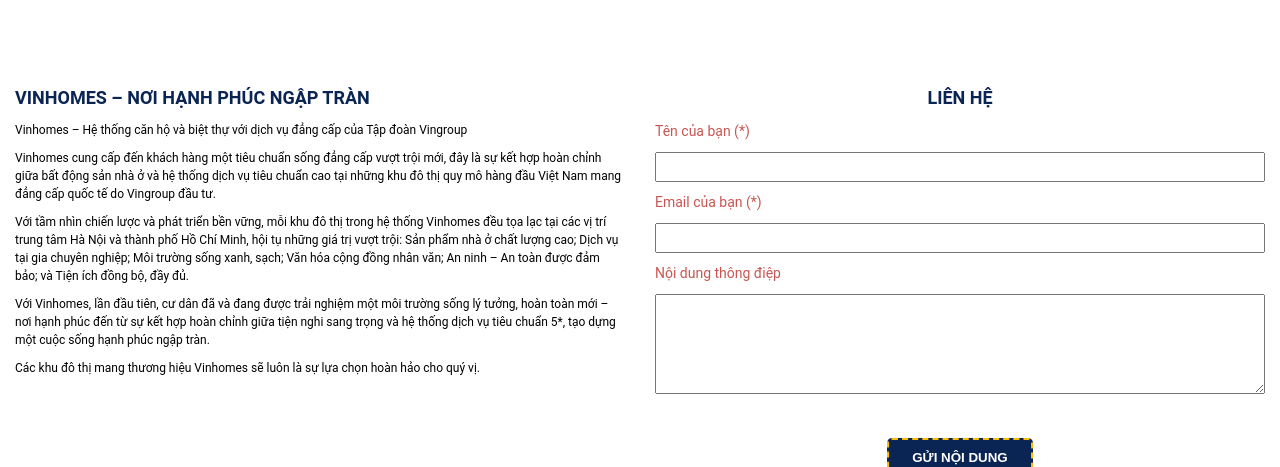
Repository: phamphuc2/fontend-bds
Page: contact.html
These files come from the project's save history. The page is drawn as it stood at one moment and after the next save; the edit follows.
The browser window is 1280 px wide. The pictures show the part of the page from y = 638 to 1105 px (the page is 1650 px tall before and 1560 px after).
Pictures or frames that could not be fetched are drawn as grey boxes. Some web libraries are served in a nearby version.

Above is the page before, as saved 2022-06-23 16:44:38.

### contact.html
<!DOCTYPE html>
<html lang="en">

<head>
    <meta charset="UTF-8">
    <meta http-equiv="X-UA-Compatible" content="IE=edge">
    <meta name="viewport" content="width=device-width, initial-scale=1.0">
    <title>BDS</title>
    <!-- linl css -->
    <link rel="stylesheet" href="libs/slick/slick.css">
    <link rel="stylesheet" href="libs/slick/slick-theme.css">
    <link rel="stylesheet" href="./assets/css/bootstrap.css">
    <link rel="stylesheet" href="./assets/css/theme.css">
    <link rel="stylesheet" href="./assets/css/resposive.css">
    <link rel="stylesheet " href="./style.css ">
    <!-- link thư viện -->
    <link rel="stylesheet " href="https://cdnjs.cloudflare.com/ajax/libs/font-awesome/6.1.1/css/all.min.css ">
    <!-- link font -->
    <link rel="preconnect" href="https://fonts.googleapis.com">
    <link rel="preconnect" href="https://fonts.gstatic.com" crossorigin>
    <link
        href="https://fonts.googleapis.com/css2?family=Roboto+Flex:opsz,wght@8..144,200;8..144,300;8..144,400;8..144,500;8..144,600;8..144,700;8..144,800;8..144,900&display=swap"
        rel="stylesheet">
</head>

<body>
    <!-- Header -->
    <header class="header">
        <div class="header-top">
            <div class="container">
                <div class="inner">
                    <div class="box-left">
                        <div class="map">
                            <i class="fa-solid fa-location-dot"></i>
                            <span>Phước sơn, Quảng Nam</span>
                        </div>
                        <div class="phone">
                            <i class="fa-solid fa-phone"></i>
                            <span>0397111570</span>
                        </div>
                    </div>
                    <div class="box-right">
                        <ul class="list-info">
                            <li class="item">
                                <a href="">
                                    <i class="fa-brands fa-facebook-f"></i>
                                </a>
                            </li>
                            <li class="item">
                                <a href="">
                                    <i class="fa-brands fa-instagram"></i>
                                </a>
                            </li>
                            <li class="item">
                                <a href="">
                                    <i class="fa-brands fa-twitter"></i>
                                </a>
                            </li>
                        </ul>
                    </div>
                </div>
            </div>
        </div>

        <div class="header-bottom">
            <div class="container">
                <div class="inner">
                    <div class="header-bottom-left">
                        <a href="#">
                            <div class="logo">
                                <img src="./assets/images/logo.png" alt="">
                            </div>
                        </a>
                    </div>
                    <div class="header-bottom-right">
                        <ul class="menu">
                            <li>
                                <a href="./index.html">Trang chủ</a>
                            </li>
                            <li>
                                <a href="./about.html">Giới Thiệu</a>
                            </li>
                            <li>
                                <a href="./taxonomy.html">Dự Án</a>
                            </li>
                            <li>
                                <a href="./taxonomy.html">Tin Tức</a>
                            </li>
                            <li>
                                <a href="./blogs.html">Tuyển Dụng</a>
                            </li>
                            <li>
                                <a href="./contact.html">Liên hệ</a>
                            </li>
                        </ul>
                        <div class="wrapper btn-project">
                            <a class="modal-toggle">ĐĂNG KÝ DỰ ÁN</a>
                        </div>
                        <div class="modal">
                            <div class="modal-overlay modal-toggle"></div>
                            <div class="modal-wrapper modal-transition">
                                <div class="modal-header inner-top">
                                    <button class="modal-close modal-toggle ">x</button>
                                    <h2 class="title">LIÊN HỆ</h2>
                                    <div class="is-drive"></div>
                                </div>
                                <div class="modal-body">
                                    <div class="form-contact-home">
                                        <div role="form" class="wpcf7" id="wpcf7-f80-o1" lang="en-US" dir="ltr">
                                            <form action="" class="wpcf7-form init">
                                                <span class="wpcf7-form-control-wrap your-name"><input type="text"
                                                        name="your-name" value="" size="40"
                                                        class="wpcf7-form-control wpcf7-text wpcf7-validates-as-required"
                                                        aria-required="true" aria-invalid="false"
                                                        placeholder="Tên của bạn"></span>
                                                <span class="wpcf7-form-control-wrap your-name"><input type="text"
                                                        name="your-name" value="" size="40"
                                                        class="wpcf7-form-control wpcf7-text wpcf7-validates-as-required"
                                                        aria-required="true" aria-invalid="false"
                                                        placeholder="Địa chỉ email của bạn"></span>
                                                <span class="wpcf7-form-control-wrap your-name"><input type="text"
                                                        name="your-name" value="" size="40"
                                                        class="wpcf7-form-control wpcf7-text wpcf7-validates-as-required"
                                                        aria-required="true" aria-invalid="false"
                                                        placeholder="Số điện thoại của bạn"></span>
                                                <span class="wpcf7-form-control-wrap your-title"><textarea
                                                        name="your-title" cols="40" rows="10"
                                                        class="wpcf7-form-control wpcf7-textarea wpcf7-validates-as-required"
                                                        aria-required="true" aria-invalid="false"
                                                        placeholder="Nội dung yêu cầu dự án..."></textarea></span>
                                                <div class="btn-submit">
                                                    <input type="submit" value="Gửi yêu cầu"
                                                        class="wpcf7-form-control has-spinner wpcf7-submit"><span
                                                        class="wpcf7-spinner"></span>
                                                </div>
                                                <div class="wpcf7-response-output" aria-hidden="true"></div>
                                            </form>
                                        </div>
                                    </div>
                                </div>
                            </div>
                        </div>
                    </div>
                    <div class="icon menu-mobile-icon">
                        <svg xmlns="http://www.w3.org/2000/svg" width="16" height="16" fill="currentColor"
                            class="bi bi-list" viewBox="0 0 16 16">
                            <path fill-rule="evenodd"
                                d="M2.5 12a.5.5 0 0 1 .5-.5h10a.5.5 0 0 1 0 1H3a.5.5 0 0 1-.5-.5zm0-4a.5.5 0 0 1 .5-.5h10a.5.5 0 0 1 0 1H3a.5.5 0 0 1-.5-.5zm0-4a.5.5 0 0 1 .5-.5h10a.5.5 0 0 1 0 1H3a.5.5 0 0 1-.5-.5z" />
                        </svg>
                    </div>
                </div>
            </div>
        </div>
    </header>
    <!-- End header -->

    <!-- menu-mobile -->
    <div class="menu-mobile">
        <div class="menu-top">
            <a href="#">
                <div class="logo">
                    <img src="./assets/images/logo.png" alt="">
                </div>
            </a>
            <div class="icon-close">
                <svg xmlns="http://www.w3.org/2000/svg" width="16" height="16" fill="currentColor" class="bi bi-x-lg"
                    viewBox="0 0 16 16">
                    <path
                        d="M2.146 2.854a.5.5 0 1 1 .708-.708L8 7.293l5.146-5.147a.5.5 0 0 1 .708.708L8.707 8l5.147 5.146a.5.5 0 0 1-.708.708L8 8.707l-5.146 5.147a.5.5 0 0 1-.708-.708L7.293 8 2.146 2.854Z" />
                </svg>
            </div>
        </div>
        <ul class="menu">
            <li>
                <a href="./index.html">Trang chủ</a>
            </li>
            <li>
                <a href="./about.html">Giới Thiệu</a>
            </li>
            <li>
                <a href="./taxonomy.html">Dự Án</a>
            </li>
            <li>
                <a href="./taxonomy.html">Tin Tức</a>
            </li>
            <li>
                <a href="./blogs.html">Tuyển Dụng</a>
            </li>
            <li>
                <a href="./contact.html">Liên hệ</a>
            </li>
        </ul>
    </div>
    <div class="overlays"></div>
    <!-- end-menu-mobile -->

    <section class="section-map">
        <iframe src="https://www.google.com/maps/embed?pb=!1m18!1m12!1m3!1d3833.828583004772!2d108.17859985059002!3d16.074382643514532!2m3!1f0!2f0!3f0!3m2!1i1024!2i768!4f13.1!3m3!1m2!1s0x314218fb7240f30b%3A0x2e34fb5aa125e806!2zMSDEkOG6t25nIMSQw6xuaCBWw6JuLCBUaGFuaCBLaMOqIMSQw7RuZywgVGhhbmggS2jDqiwgxJDDoCBO4bq1bmcsIFZp4buHdCBOYW0!5e0!3m2!1svi!2s!4v1654737063418!5m2!1svi!2s" style="border:0;" allowfullscreen="" loading="lazy" referrerpolicy="no-referrer-when-downgrade"></iframe>
    </section>

    <section class="page-contact">
        <div class="container">
            <div class="row">
                <div class="col-lg-6">
                    <h2 class="title-left">VINHOMES – NƠI HẠNH PHÚC NGẬP TRÀN</h2>
                    <div class="desc">
                        <p>Vinhomes – Hệ thống căn hộ và biệt thự với dịch vụ đẳng cấp của Tập đoàn Vingroup</p>

                        <p>
                            Vinhomes cung cấp đến khách hàng một tiêu chuẩn sống đẳng cấp vượt trội mới, đây là sự kết hợp hoàn chỉnh giữa bất động sản nhà ở và hệ thống dịch vụ tiêu chuẩn cao tại những khu đô thị quy mô hàng đầu Việt Nam mang đẳng cấp quốc tế do Vingroup đầu tư.
                        </p>

                       <p>
                             Với tầm nhìn chiến lược và phát triển bền vững, mỗi khu đô thị trong hệ thống Vinhomes đều tọa lạc tại các vị trí trung tâm Hà Nội và thành phố Hồ Chí Minh, hội tụ những giá trị vượt trội: Sản phẩm nhà ở chất lượng cao; Dịch vụ tại gia chuyên nghiệp; Môi trường sống xanh, sạch; Văn hóa cộng đồng nhân văn; An ninh – An toàn được đảm bảo; và Tiện ích đồng bộ, đầy đủ.
                       </p>

                       <p>
                            Với Vinhomes, lần đầu tiên, cư dân đã và đang được trải nghiệm một môi trường sống lý tưởng, hoàn toàn mới – nơi hạnh phúc đến từ sự kết hợp hoàn chỉnh giữa tiện nghi sang trọng và hệ thống dịch vụ tiêu chuẩn 5*, tạo dựng một cuộc sống hạnh phúc ngập tràn.
                       </p>

                       <p>
                            Các khu đô thị mang thương hiệu Vinhomes sẽ luôn là sự lựa chọn hoàn hảo cho quý vị.
                       </p>
                    </div>
                </div>
                <div class="col-lg-6">
                    <div class="form-contact">
                        <h2 class="title-right">LIÊN HỆ</h2>
                        <div role="form" class="wpcf7" id="wpcf7-f171-o3" lang="vi" dir="ltr">
                            <div class="screen-reader-response"><p role="status" aria-live="polite" aria-atomic="true"></p> <ul></ul></div>
                            <form action="/lien-he/#wpcf7-f171-o3" method="post" class="wpcf7-form init" novalidate="novalidate" data-status="init">
                            <div style="display: none;">
                            <input type="hidden" name="_wpcf7" value="171">
                            <input type="hidden" name="_wpcf7_version" value="5.5.6.1">
                            <input type="hidden" name="_wpcf7_locale" value="vi">
                            <input type="hidden" name="_wpcf7_unit_tag" value="wpcf7-f171-o3">
                            <input type="hidden" name="_wpcf7_container_post" value="0">
                            <input type="hidden" name="_wpcf7_posted_data_hash" value="">
                            </div>
                            <p><label> Tên của bạn (*) </label><br>
                                <span class="wpcf7-form-control-wrap your-name"><input type="text" name="your-name" value="" size="40" class="wpcf7-form-control wpcf7-text wpcf7-validates-as-required" aria-required="true" aria-invalid="false"></span> </p>
                            <p><label> Email của bạn (*) </label><br>
                                <span class="wpcf7-form-control-wrap your-email"><input type="email" name="your-email" value="" size="40" class="wpcf7-form-control wpcf7-text wpcf7-email wpcf7-validates-as-required wpcf7-validates-as-email" aria-required="true" aria-invalid="false"></span> </p>
                            <p><label> Nội dung thông điệp</label><br>
                                <span class="wpcf7-form-control-wrap your-message"><textarea name="your-message" cols="40" rows="10" class="wpcf7-form-control wpcf7-textarea" aria-invalid="false"></textarea></span> </p>
                            <p><input type="submit" value="GỬI NỘI DUNG" class="wpcf7-form-control has-spinner wpcf7-submit"><span class="wpcf7-spinner"></span></p>
                            <div class="wpcf7-response-output" aria-hidden="true"></div></form></div>
                    </div>
                </div>
            </div>
        </div>
    </section>


    <!-- footer -->
    <footer class="footer">
        <div class="footer-top">
            <div class="container">
                <div class="row">
                    <div class="col-lg-6">
                        <div class="box-left">
                            <a href="" class="logo">
                                <img src="./assets/images/logo.png" alt="">
                            </a>
                            <div class="name-cty">CÔNG TY CỔ PHẦN DỊCH VỤ & ĐỊA ỐC BDS</div>
                            <ul class="list-info">
                                <li class="item">
                                    <strong>- Địa chỉ:</strong>
                                    Phước sơn, Quảng Nam
                                </li>
                                <li class="item">
                                    <a href="">
                                        <strong>- Hotline:</strong>
                                        0397111570
                                    </a>
                                </li>
                                <li class="item">
                                    <a href="">
                                        <strong>- Email:</strong>
                                        0397111570
                                    </a>
                                </li>
                                <li class="item">
                                    <a href="">
                                        <strong>- Website:</strong>
                                        0397111570
                                    </a>
                                </li>
                            </ul>
                        </div>
                    </div>
                    <div class="col-lg-6">
                        <div class="box-right">
                            <iframe
                                src="https://www.google.com/maps/embed?pb=!1m18!1m12!1m3!1d3833.828583004772!2d108.17859985059002!3d16.074382643514532!2m3!1f0!2f0!3f0!3m2!1i1024!2i768!4f13.1!3m3!1m2!1s0x314218fb7240f30b%3A0x2e34fb5aa125e806!2zMSDEkOG6t25nIMSQw6xuaCBWw6JuLCBUaGFuaCBLaMOqIMSQw7RuZywgVGhhbmggS2jDqiwgxJDDoCBO4bq1bmcsIFZp4buHdCBOYW0!5e0!3m2!1svi!2s!4v1654737063418!5m2!1svi!2s"
                                style="border:0;" allowfullscreen="" loading="lazy"
                                referrerpolicy="no-referrer-when-downgrade"></iframe>
                        </div>
                    </div>
                </div>
            </div>
        </div>
        <div class="footer-bottom">
            <div class="container">
                <div class="copy-right">Phát triển và duy trì bởi Maxweb.vn</div>
            </div>
        </div>
    </footer>
    <!-- footer -->
    <div class="btn-goToTop">
        <div class="image">
            <img src="./assets/images/ic-up.png" alt="">
        </div>
    </div>
    <script src="./assets/js/jquery.min.js"></script>
    <script src="libs/slick/slick.min.js"></script>
    <script src="./assets/js/theme.js"></script>
</body>

</html>

Loaded but not shown: libs/slick/slick.css (common file); libs/slick/slick-theme.css (library); assets/css/bootstrap.css (library); assets/js/jquery.min.js (library); libs/slick/slick.min.js (library); assets/js/theme.js (126 lines, source omitted); assets/css/theme.css (1163 lines, source omitted); style.css (178 lines, source omitted); assets/css/resposive.css (50 lines, source omitted)

After the next save:
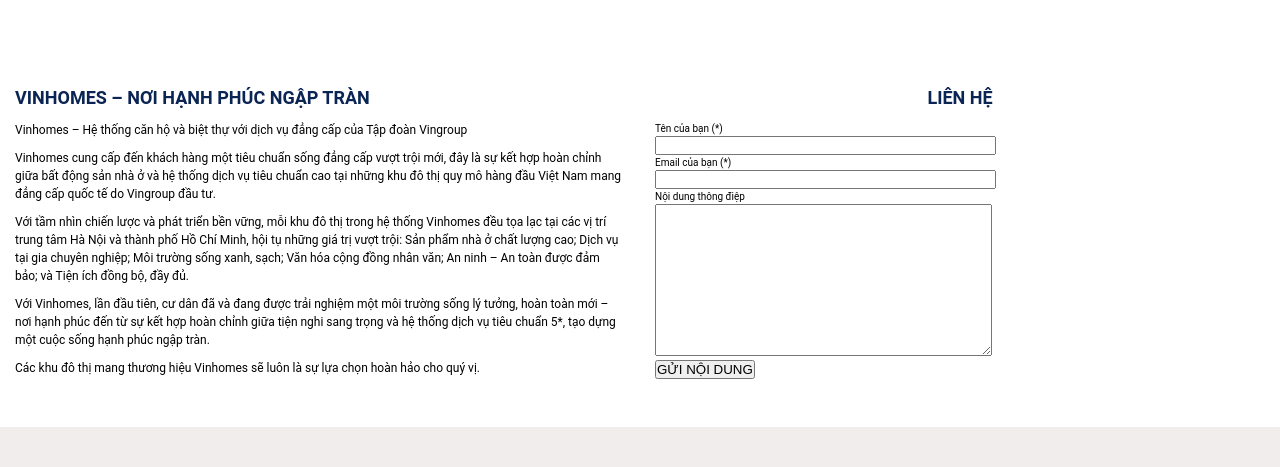
Saved 58 s later.
--- a/contact.html
+++ b/contact.html
@@ -226,23 +226,13 @@
                 <div class="col-lg-6">
                     <div class="form-contact">
                         <h2 class="title-right">LIÊN HỆ</h2>
-                        <div role="form" class="wpcf7" id="wpcf7-f171-o3" lang="vi" dir="ltr">
-                            <div class="screen-reader-response"><p role="status" aria-live="polite" aria-atomic="true"></p> <ul></ul></div>
-                            <form action="/lien-he/#wpcf7-f171-o3" method="post" class="wpcf7-form init" novalidate="novalidate" data-status="init">
-                            <div style="display: none;">
-                            <input type="hidden" name="_wpcf7" value="171">
-                            <input type="hidden" name="_wpcf7_version" value="5.5.6.1">
-                            <input type="hidden" name="_wpcf7_locale" value="vi">
-                            <input type="hidden" name="_wpcf7_unit_tag" value="wpcf7-f171-o3">
-                            <input type="hidden" name="_wpcf7_container_post" value="0">
-                            <input type="hidden" name="_wpcf7_posted_data_hash" value="">
-                            </div>
+                        <div role="form" class="wpcf7">
                             <p><label> Tên của bạn (*) </label><br>
-                                <span class="wpcf7-form-control-wrap your-name"><input type="text" name="your-name" value="" size="40" class="wpcf7-form-control wpcf7-text wpcf7-validates-as-required" aria-required="true" aria-invalid="false"></span> </p>
+                                <span class="wpcf7-form-control-wrap"><input type="text" name="your-name" value="" size="40" class="wpcf7-form-control wpcf7-text wpcf7-validates-as-required" aria-required="true" aria-invalid="false"></span> </p>
                             <p><label> Email của bạn (*) </label><br>
-                                <span class="wpcf7-form-control-wrap your-email"><input type="email" name="your-email" value="" size="40" class="wpcf7-form-control wpcf7-text wpcf7-email wpcf7-validates-as-required wpcf7-validates-as-email" aria-required="true" aria-invalid="false"></span> </p>
+                                <span class="wpcf7-form-control-wrap"><input type="email" name="your-email" value="" size="40" class="wpcf7-form-control wpcf7-text wpcf7-email wpcf7-validates-as-required wpcf7-validates-as-email" aria-required="true" aria-invalid="false"></span> </p>
                             <p><label> Nội dung thông điệp</label><br>
-                                <span class="wpcf7-form-control-wrap your-message"><textarea name="your-message" cols="40" rows="10" class="wpcf7-form-control wpcf7-textarea" aria-invalid="false"></textarea></span> </p>
+                                <span class="wpcf7-form-control-wrap"><textarea name="your-message" cols="40" rows="10" class="wpcf7-form-control wpcf7-textarea" aria-invalid="false"></textarea></span> </p>
                             <p><input type="submit" value="GỬI NỘI DUNG" class="wpcf7-form-control has-spinner wpcf7-submit"><span class="wpcf7-spinner"></span></p>
                             <div class="wpcf7-response-output" aria-hidden="true"></div></form></div>
                     </div>

After the 3 saves that followed:
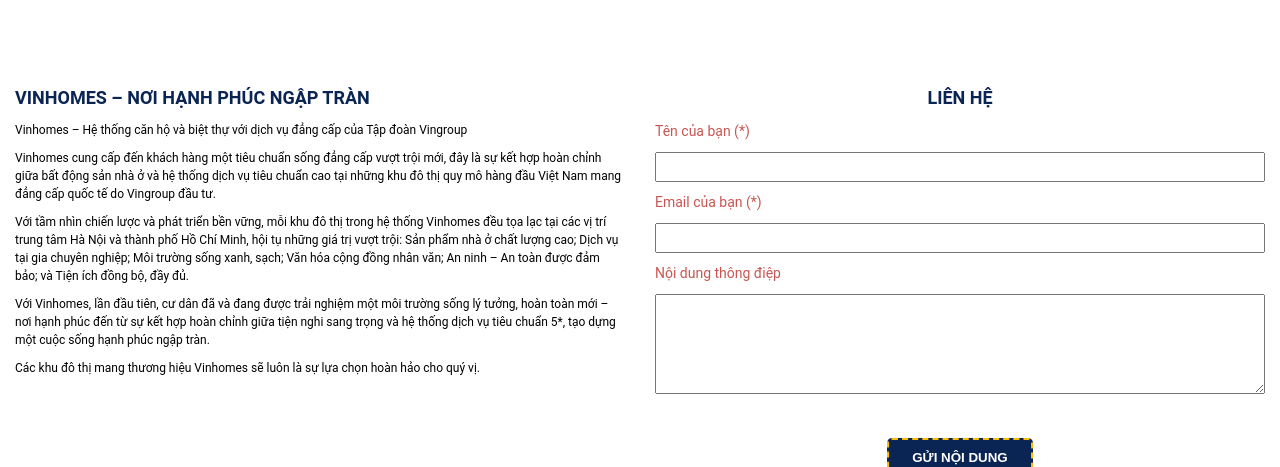
The 3 saves are shown as one change because 2 left the picture as it was.
The last was saved 12 s later.
--- a/contact.html
+++ b/contact.html
@@ -226,13 +226,23 @@
                 <div class="col-lg-6">
                     <div class="form-contact">
                         <h2 class="title-right">LIÊN HỆ</h2>
-                        <div role="form" class="wpcf7">
+                        <div role="form" class="wpcf7" id="wpcf7-f171-o3" lang="vi" dir="ltr">
+                            <div class="screen-reader-response"><p role="status" aria-live="polite" aria-atomic="true"></p> <ul></ul></div>
+                            <form action="/lien-he/#wpcf7-f171-o3" method="post" class="wpcf7-form init" novalidate="novalidate" data-status="init">
+                            <div style="display: none;">
+                            <input type="hidden" name="_wpcf7" value="171">
+                            <input type="hidden" name="_wpcf7_version" value="5.5.6.1">
+                            <input type="hidden" name="_wpcf7_locale" value="vi">
+                            <input type="hidden" name="_wpcf7_unit_tag" value="wpcf7-f171-o3">
+                            <input type="hidden" name="_wpcf7_container_post" value="0">
+                            <input type="hidden" name="_wpcf7_posted_data_hash" value="">
+                            </div>
                             <p><label> Tên của bạn (*) </label><br>
-                                <span class="wpcf7-form-control-wrap"><input type="text" name="your-name" value="" size="40" class="wpcf7-form-control wpcf7-text wpcf7-validates-as-required" aria-required="true" aria-invalid="false"></span> </p>
+                                <span class="wpcf7-form-control-wrap your-name"><input type="text" name="your-name" value="" size="40" class="wpcf7-form-control wpcf7-text wpcf7-validates-as-required" aria-required="true" aria-invalid="false"></span> </p>
                             <p><label> Email của bạn (*) </label><br>
-                                <span class="wpcf7-form-control-wrap"><input type="email" name="your-email" value="" size="40" class="wpcf7-form-control wpcf7-text wpcf7-email wpcf7-validates-as-required wpcf7-validates-as-email" aria-required="true" aria-invalid="false"></span> </p>
+                                <span class="wpcf7-form-control-wrap your-email"><input type="email" name="your-email" value="" size="40" class="wpcf7-form-control wpcf7-text wpcf7-email wpcf7-validates-as-required wpcf7-validates-as-email" aria-required="true" aria-invalid="false"></span> </p>
                             <p><label> Nội dung thông điệp</label><br>
-                                <span class="wpcf7-form-control-wrap"><textarea name="your-message" cols="40" rows="10" class="wpcf7-form-control wpcf7-textarea" aria-invalid="false"></textarea></span> </p>
+                                <span class="wpcf7-form-control-wrap your-message"><textarea name="your-message" cols="40" rows="10" class="wpcf7-form-control wpcf7-textarea" aria-invalid="false"></textarea></span> </p>
                             <p><input type="submit" value="GỬI NỘI DUNG" class="wpcf7-form-control has-spinner wpcf7-submit"><span class="wpcf7-spinner"></span></p>
                             <div class="wpcf7-response-output" aria-hidden="true"></div></form></div>
                     </div>
